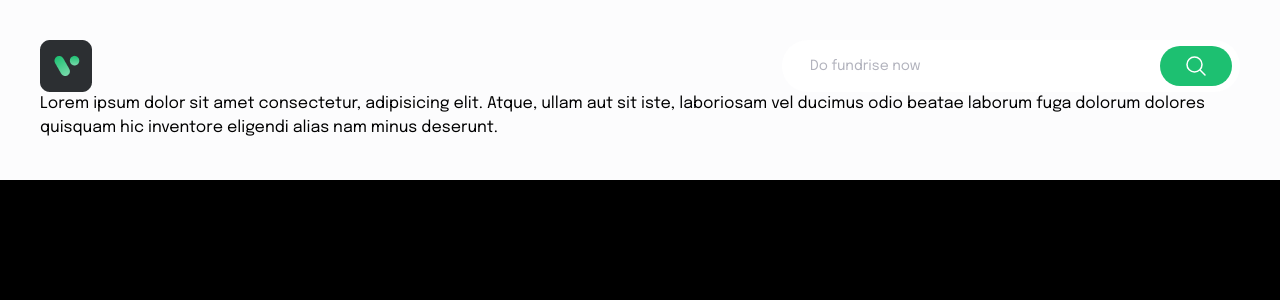
Repository: Kaymileee/crownFunding-Project
Page: /
These files come from the project's save history. The page is drawn as it stood at one moment and after the next save; the edit follows.
The browser window is 1280 px wide. The pictures show the whole page.
The project was rebuilt for these pictures with package versions that can differ from the ones it lists, and the page was loaded fresh each time. Imported but missing from the stored project, and not drawn on this page: src/components/common/FormGroup, src/components/input/Input.

Above is the page before, as saved 2023-02-03 17:42:48.

### public/index.html
<!DOCTYPE html>
<html lang="en">
  <head>
    <meta charset="utf-8" />
    <link rel="icon" href="%PUBLIC_URL%/favicon.ico" />
    <meta name="viewport" content="width=device-width, initial-scale=1" />
    <meta name="theme-color" content="#000000" />
    <meta
      name="description"
      content="Web site created using create-react-app"
    />
    <link rel="apple-touch-icon" href="%PUBLIC_URL%/logo192.png" />
    <!--
      manifest.json provides metadata used when your web app is installed on a
      user's mobile device or desktop. See https://developers.google.com/web/fundamentals/web-app-manifest/
    -->
    <link rel="manifest" href="%PUBLIC_URL%/manifest.json" />
    <!--
      Notice the use of %PUBLIC_URL% in the tags above.
      It will be replaced with the URL of the `public` folder during the build.
      Only files inside the `public` folder can be referenced from the HTML.

      Unlike "/favicon.ico" or "favicon.ico", "%PUBLIC_URL%/favicon.ico" will
      work correctly both with client-side routing and a non-root public URL.
      Learn how to configure a non-root public URL by running `npm run build`.
    -->
    <link rel="preconnect" href="https://fonts.googleapis.com" />
    <link rel="preconnect" href="https://fonts.gstatic.com" crossorigin />
    <link
      href="https://fonts.googleapis.com/css2?family=Epilogue:wght@400;500;600;700&display=swap"
      rel="stylesheet"
    />
    <title>Crowfunding App</title>
  </head>
  <body>
    <noscript>You need to enable JavaScript to run this app.</noscript>
    <div id="root"></div>
    <!--
      This HTML file is a template.
      If you open it directly in the browser, you will see an empty page.

      You can add webfonts, meta tags, or analytics to this file.
      The build step will place the bundled scripts into the <body> tag.

      To begin the development, run `npm start` or `yarn start`.
      To create a production bundle, use `npm run build` or `yarn build`.
    -->
  </body>
</html>

### src/index.js
import React from "react";
import { createRoot } from "react-dom/client";
import App from "./App";
import reportWebVitals from "./reportWebVitals";
import "./index.scss";
import { Provider } from "react-redux";
import { store } from "./store/configureStore";
import { BrowserRouter } from "react-router-dom";
const container = document.getElementById("root");
const root = createRoot(container);

root.render(
  <Provider store={store}>
    <BrowserRouter>
      <App />
    </BrowserRouter>
  </Provider>
);

// If you want to start measuring performance in your app, pass a function
// to log results (for example: reportWebVitals(console.log))
// or send to an analytics endpoint. Learn more: https://bit.ly/CRA-vitals
reportWebVitals();

### src/App.js
import React, { lazy } from "react";
import { Suspense } from "react";
import { Route, Routes } from "react-router-dom";
const SignUpPage = lazy(() => import("./pages/SignUpPage.js"));
const SignInPage = lazy(() => import("./pages/SignInPage"));
const DashboardPage = lazy(() => import("./pages/DashboardPage"));

function App() {
  return (
    <Suspense>
      <Routes>
        <Route path="/sign-up" element={<SignUpPage></SignUpPage>}></Route>
        <Route path="/" element={<DashboardPage></DashboardPage>}></Route>

        <Route path="/sign-in" element={<SignInPage></SignInPage>}></Route>
      </Routes>
    </Suspense>
  );
}

export default App;

### src/index.scss
@tailwind base;
@tailwind components;
@tailwind utilities;
@layer base {
  body {
    @apply text-base font-primary font-normal;
    background: #000;
  }
  input {
    @apply outline-none;
  }
}
input:focus + .error-input {
  display: none;
}

### src/store/configureStore.js
import { configureStore } from "@reduxjs/toolkit";
import createSagaMiddleware from "@redux-saga/core";
import logger from "redux-logger";
const sagaMiddleware = createSagaMiddleware();

export const store = configureStore({
  reducer: {},
  middleware: (gDM) => gDM().concat(logger, sagaMiddleware),
});
// sagaMiddleware.run(rootSaga);

### src/pages/DashboardPage.js
import React from "react";
import LayoutDashboard from "../layouts/LayoutDashboard";

const DashboardPage = () => {
  return (
    <LayoutDashboard>
      <div>
        Lorem ipsum dolor sit amet consectetur, adipisicing elit. Atque, ullam
        aut sit iste, laboriosam vel ducimus odio beatae laborum fuga dolorum
        dolores quisquam hic inventore eligendi alias nam minus deserunt.
      </div>
    </LayoutDashboard>
  );
};

export default DashboardPage;

### src/layouts/LayoutDashboard.js
import React from "react";
import DashboardSideBar from "../module/dashboard/DashboardSideBar";
import DashboardTopBar from "../module/dashboard/DashboardTopBar";

const LayoutDashboard = ({ children }) => {
  return (
    <div className="p-10 bg-liteBg max-w-[1440px] mx-auto">
      <DashboardTopBar></DashboardTopBar>
      <div>
        <DashboardSideBar></DashboardSideBar>
        <div>{children}</div>
      </div>
    </div>
  );
};

export default LayoutDashboard;

### src/module/dashboard/DashboardSideBar.js
import React from "react";

const DashboardSideBar = () => {
  return <div></div>;
};

export default DashboardSideBar;

### src/module/dashboard/DashboardTopBar.js
import React from "react";
import DashboardSearch from "./DashboardSearch";

const DashboardTopBar = () => {
  return (
    <div className="flex items-center justify-between ">
      <img src="./logo.png" alt="" />
      <div className="ml-14 max-w-[458px] w-full">
        <DashboardSearch></DashboardSearch>
      </div>
    </div>
  );
};

export default DashboardTopBar;

### src/module/dashboard/DashboardSearch.js
import React from "react";

const DashboardSearch = () => {
  return (
    <div className=" p-2 bg-white shadow-[10px_10px_20px_rgba(218, 213, 213, 0.15)] w-full rounded-full flex items-center max-h-[52px] h-full">
      <div className="flex-1 px-5">
        <input
          type="text"
          placeholder="Do fundrise now"
          className="w-full text-sm font-normal bg-transparent placeholder:text-text4 text-text1 "
        />
      </div>
      <button className="max-w-[72px] bg-primary text-white rounded-full w-full h-10 flex justify-center items-center flex-shrink-0">
        <svg
          xmlns="http://www.w3.org/2000/svg"
          fill="none"
          viewBox="0 0 24 24"
          strokeWidth="1.5"
          stroke="currentColor"
          className="w-6 h-6"
        >
          <path
            strokeLinecap="round"
            strokeLinejoin="round"
            d="M21 21l-5.197-5.197m0 0A7.5 7.5 0 105.196 5.196a7.5 7.5 0 0010.607 10.607z"
          />
        </svg>
      </button>
    </div>
  );
};

export default DashboardSearch;

### tailwind.config.js
module.exports = {
  darkMode: "class",
  content: ["./src/**/*.{js,jsx,ts,tsx}"],
  theme: {
    extend: {
      fontFamily: {
        primary: ["Epilogue", "sans-serif;"],
      },
      colors: {
        primary: "#1DC071",
        secondary: "#6F49FD",
        text1: "#171725",
        text2: "#4B5264",
        text3: "#808191",
        text4: "#B2B3BD",

        iconColor: "#A2A2A8",
        white: "#FFFFFF",
        whiteSoft: "#FCFBFF",
        graySoft: "#FCFCFC",
        strockColor: "#F1F1F3",
        liteBg: "#FCFCFD",
        error: "#EB5757",

        darkBG: "#3A3A43",
        darkSecondary: "#1C1C24",
        softDark: "#22222C",
        darkSoft: "#24242C",
        darkStroke: "#3A3A43",
        darkRed: "#422C32",
      },
    },
  },
  plugins: [],
};

Loaded but not shown: src/reportWebVitals.js (common file)

After the next save:
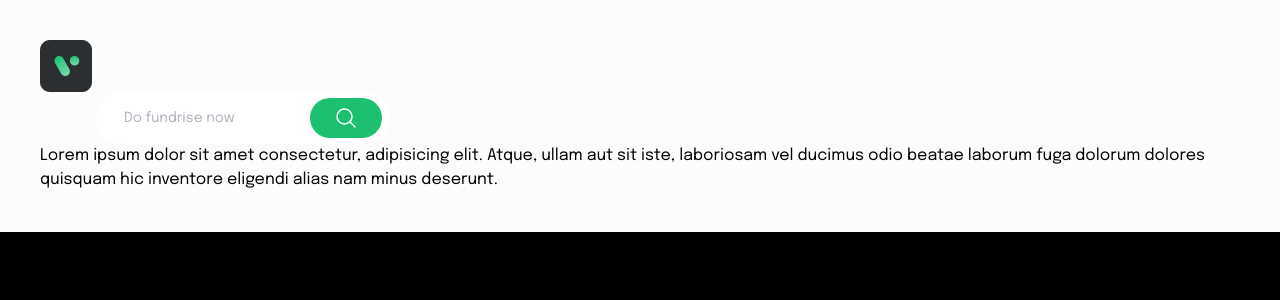
Saved 8 s later.
--- a/src/module/dashboard/DashboardTopBar.js
+++ b/src/module/dashboard/DashboardTopBar.js
@@ -4,9 +4,11 @@ import DashboardSearch from "./DashboardSearch";
 const DashboardTopBar = () => {
   return (
     <div className="flex items-center justify-between ">
-      <img src="./logo.png" alt="" />
-      <div className="ml-14 max-w-[458px] w-full">
-        <DashboardSearch></DashboardSearch>
+      <div>
+        <img src="./logo.png" alt="" />
+        <div className="ml-14 max-w-[458px] w-full">
+          <DashboardSearch></DashboardSearch>
+        </div>
       </div>
     </div>
   );
